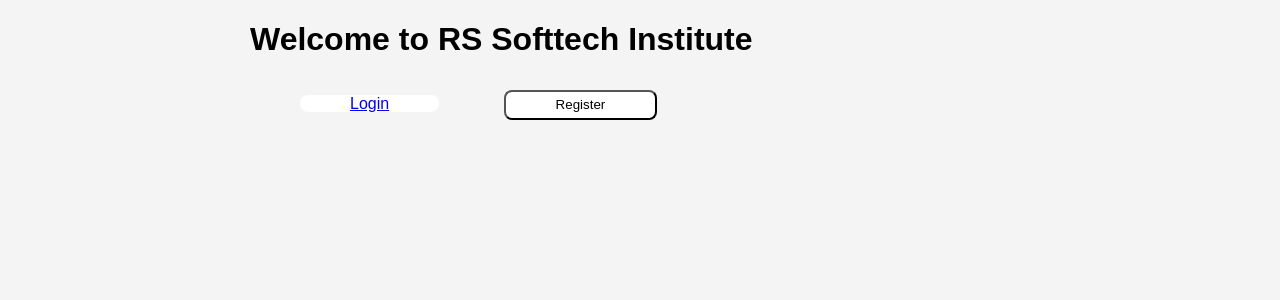
Repository: kkale14/My_allpr
Page: Kalyani1/src/main/webapp/Newpage.html
The author's editor kept a copy of each file at every save. The page is drawn from the files as they stood at one save, then again after a run of saves.
The browser window is 1280 px wide. The pictures show the whole page.

Above is the page before, as saved 2025-03-03 09:40:37.

### Kalyani1/src/main/webapp/Newpage.html
<!DOCTYPE html>
<html>
<head>
<meta charset="UTF-8">
<title>Insert title here</title>


</head>
<body>

 <style>
        body {
            font-family: Arial, sans-serif;
            background-color: #f4f4f4;
             margin-left: 250px;
            padding: 0px;
        }
        h2 {
            text-align: center;
            color: #333;
        }
        .container{
          width: 20;
          height:30px;
          text-align:center;
            margin: 10px;
            margin-left:50px;
            padding-left: 50px;
            padding-right:50px;
            background-color: white;
            border-radius: 8px;

        }

        </style>
<h1> Welcome to RS Softtech Institute </h1>
<label for="student"></label>
 <a   class="container" value="login" href="Login.html" > Login</a>
 <button class= "container" type="submit" value="Submit">Register</button>



</body>
</html>

After the next 2 saves:
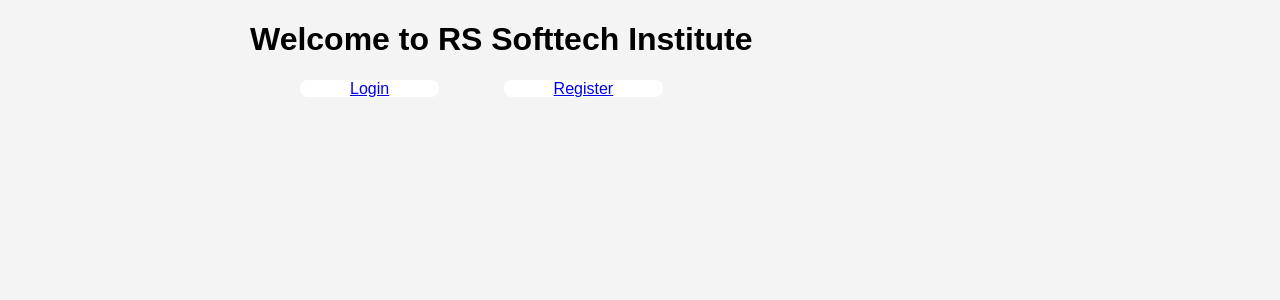
The 2 saves are shown as one change because they came seconds apart.
The last was saved 93 s later.
--- a/Kalyani1/src/main/webapp/Newpage.html
+++ b/Kalyani1/src/main/webapp/Newpage.html
@@ -36,7 +36,7 @@
 <h1> Welcome to RS Softtech Institute </h1>
 <label for="student"></label>
  <a   class="container" value="login" href="Login.html" > Login</a>
- <button class= "container" type="submit" value="Submit">Register</button>
+ <a class= "container" value="Register" href="Registration.html">Register</a>
 
 
 
